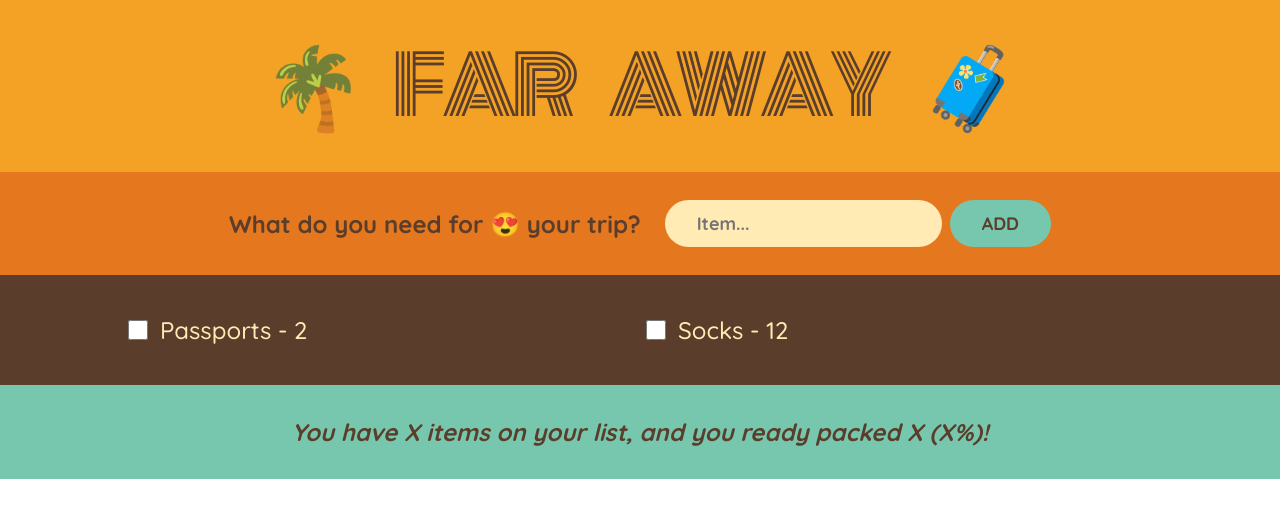
Repository: Wanter56/Travel-List
Page: /
These files come from the project's save history. The page is drawn as it stood at one moment and after the next save; the edit follows.
The browser window is 1280 px wide. The pictures show the whole page.
The project was rebuilt for these pictures with package versions that can differ from the ones it lists, and the page was loaded fresh each time.

Above is the page before, as saved 2025-11-03 21:28:17.

### src/App.js
const initialItems = [
  { id: 1, description: "Passports", quantity: 2, packed: false },
  { id: 2, description: "Socks", quantity: 12, packed: false },
];
export default function App() {
  return (
    <div>
      <Logo />
      <Form />
      <PackingList />
      <Stats />
    </div>
  );
}
function Logo() {
  return <h1>🌴 Far Away 🧳</h1>;
}
function Form() {
  return (
    <form className="add-form">
      <h3>What do you need for 😍 your trip?</h3>
      <input type="text" placeholder="Item..." />
      <button>Add</button>
    </form>
  );
}
function PackingList() {
  return (
    <div className="list">
      <ul>
        {initialItems.map((item) => (
          <li key={item.id}>
            <input type="checkbox" id={item.id} />
            <label htmlFor={item.id}>
              {item.description} - {item.quantity}
            </label>
          </li>
        ))}
      </ul>
    </div>
  );
}
function Stats() {
  return (
    <footer className="stats">
      <em>You have X items on your list, and you ready packed X (X%)!</em>
    </footer>
  );
}

Loaded but not shown: public/index.html (common file); src/index.js (common file); src/index.css (common file)

After the next save:
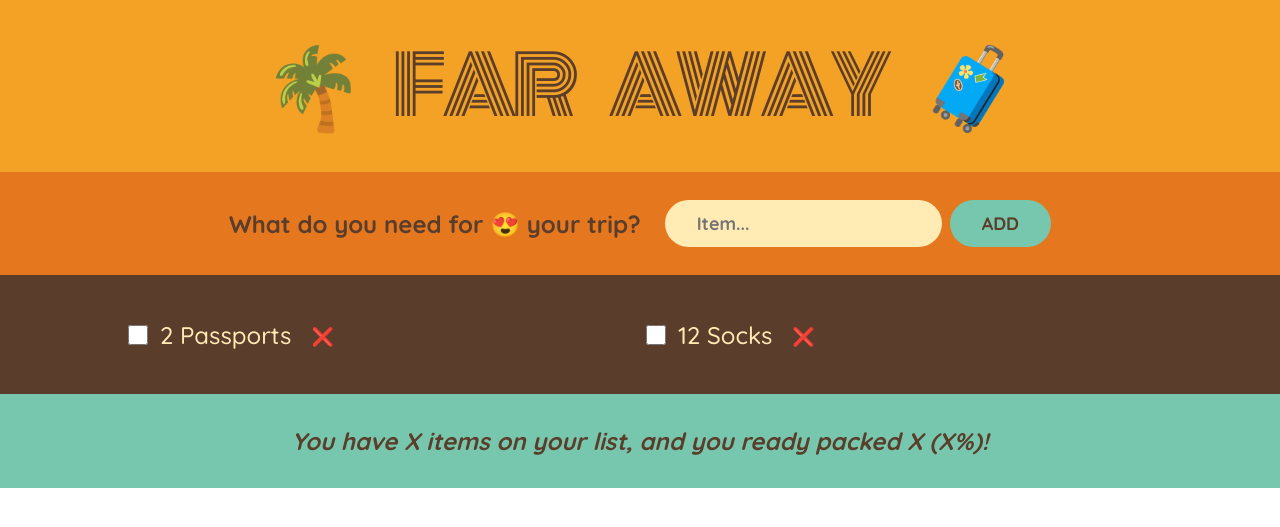
Saved 42 s later.
--- a/src/App.js
+++ b/src/App.js
@@ -30,10 +30,11 @@
       <ul>
         {initialItems.map((item) => (
           <li key={item.id}>
-            <input type="checkbox" id={item.id} />
-            <label htmlFor={item.id}>
-              {item.description} - {item.quantity}
-            </label>
+            <input type="checkbox" />
+            <span>
+              {item.quantity} {item.description}
+            </span>
+            <button>❌</button>
           </li>
         ))}
       </ul>
